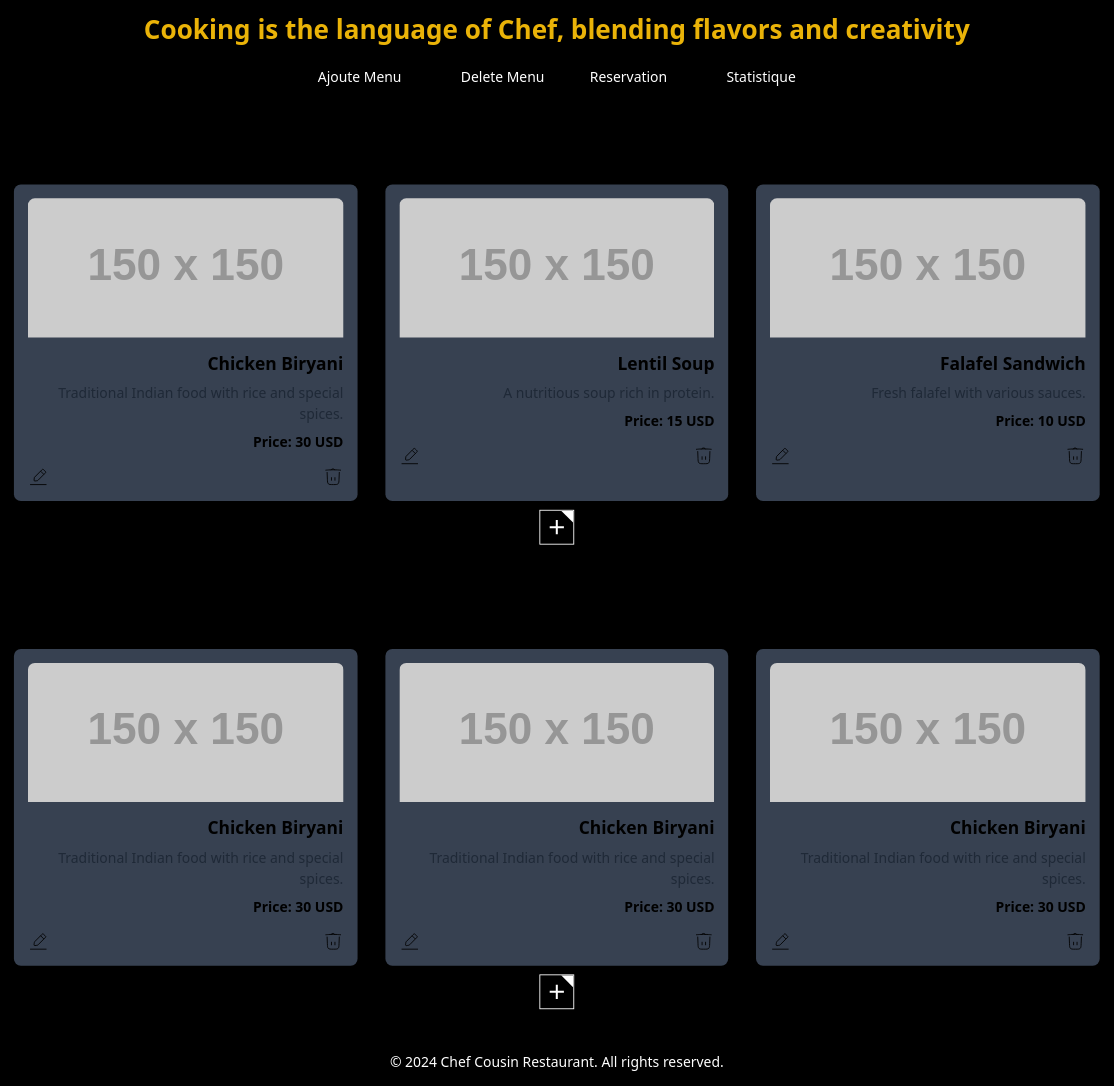
Repository: HamzaChehlaoui/Site-Web-pour-un-Chef-Cuisinier
Page: http://localhost/menu.php
An editor plug-in stored every save of this project. The page is shown before and after the next save, followed by the edit.
The browser window is 1280 px wide. The pictures show the whole page, at 87% of full size.
Some web libraries are served in a nearby version. The page is run by PHP 8.4 with error messages shown; the project is at /var/www/html/.

Above is the page before, as saved 2024-12-18 15:20:42.

After the next save:
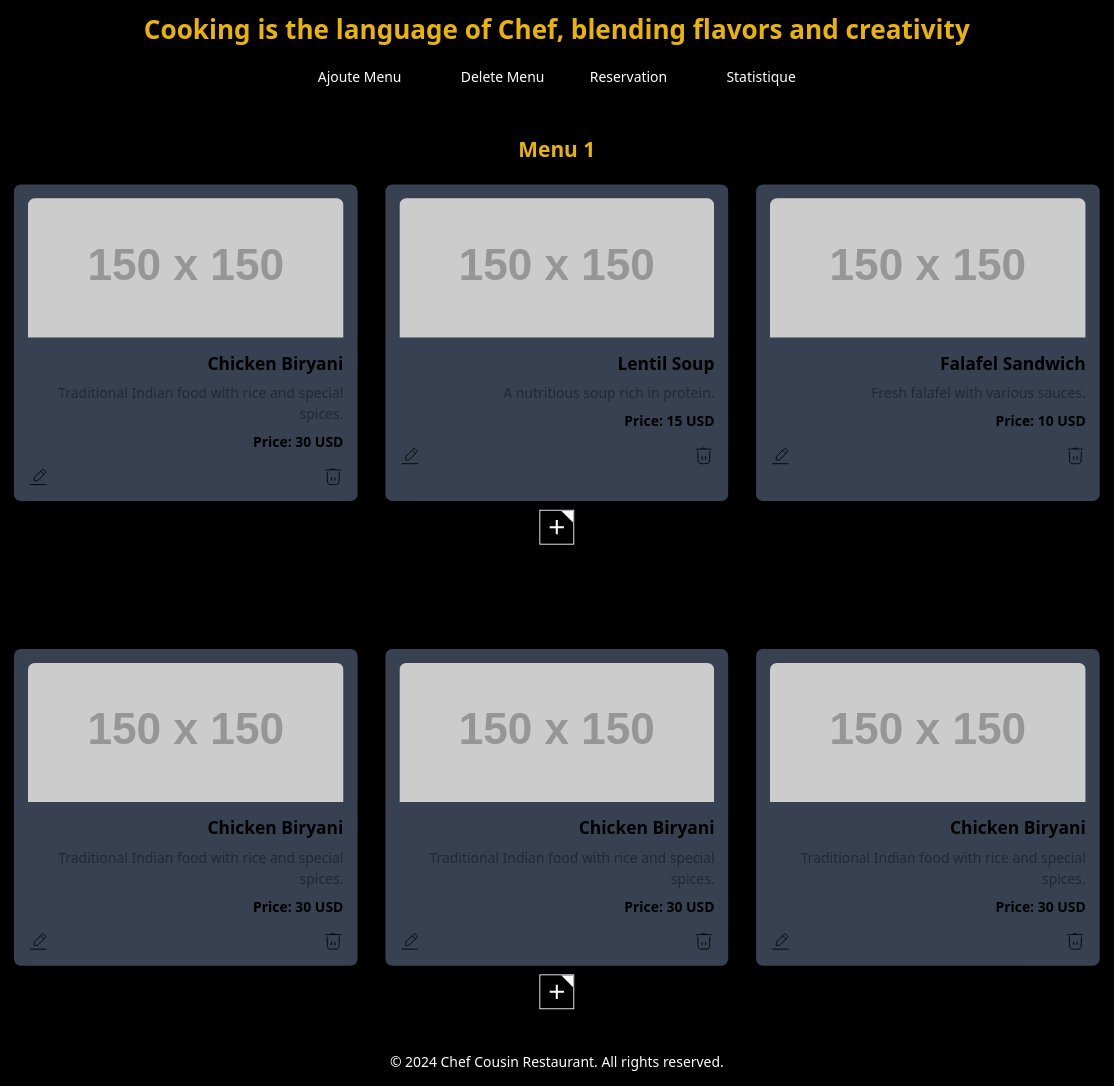
Saved 75 s later.
--- a/menu.php
+++ b/menu.php
@@ -25,7 +25,7 @@
     <!-- Menu Section -->
     <section class="py-8">
         <div class="container mx-auto px-4">
-            <h2 class="text-2xl font-semibold mb-6 text-center text-black">Menu 1</h2>
+            <h2 class="text-2xl font-semibold mb-6 text-center text-yellow-500">Menu 1</h2>
             <div class="grid grid-cols-1 sm:grid-cols-2 lg:grid-cols-3 gap-8">
                 <!-- Dish 1 -->
                 <div class="bg-gray-700 p-4 rounded-lg shadow-lg hover:shadow-xl hover:bg-[#E0E0E0] transition duration-300">
